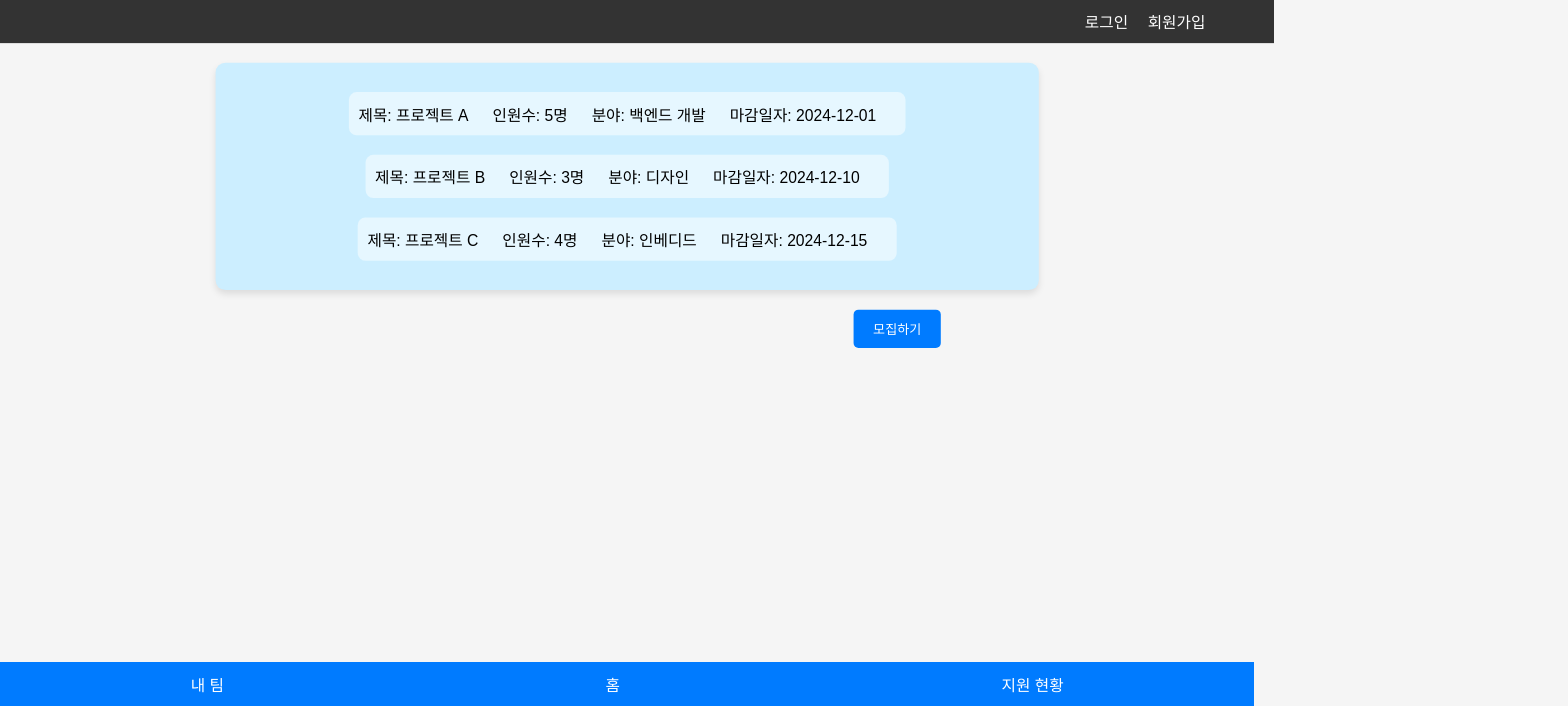
Repository: TUK-WEBSERIVCE/tuk-team-gem
Page: tuk-team-gem/src/main/webapp/main/mainPage.html
An editor plug-in stored every save of this project. The page is shown before and after the next save, followed by the edit.
The browser window is 1280 px wide. The page is 1600 px wide, so the pictures cover 1600 px, including what lies to the right of the window. The pictures show the whole page, at 98% of full size.

Above is the page before, as saved 2024-11-13 12:27:53.

After the next save:
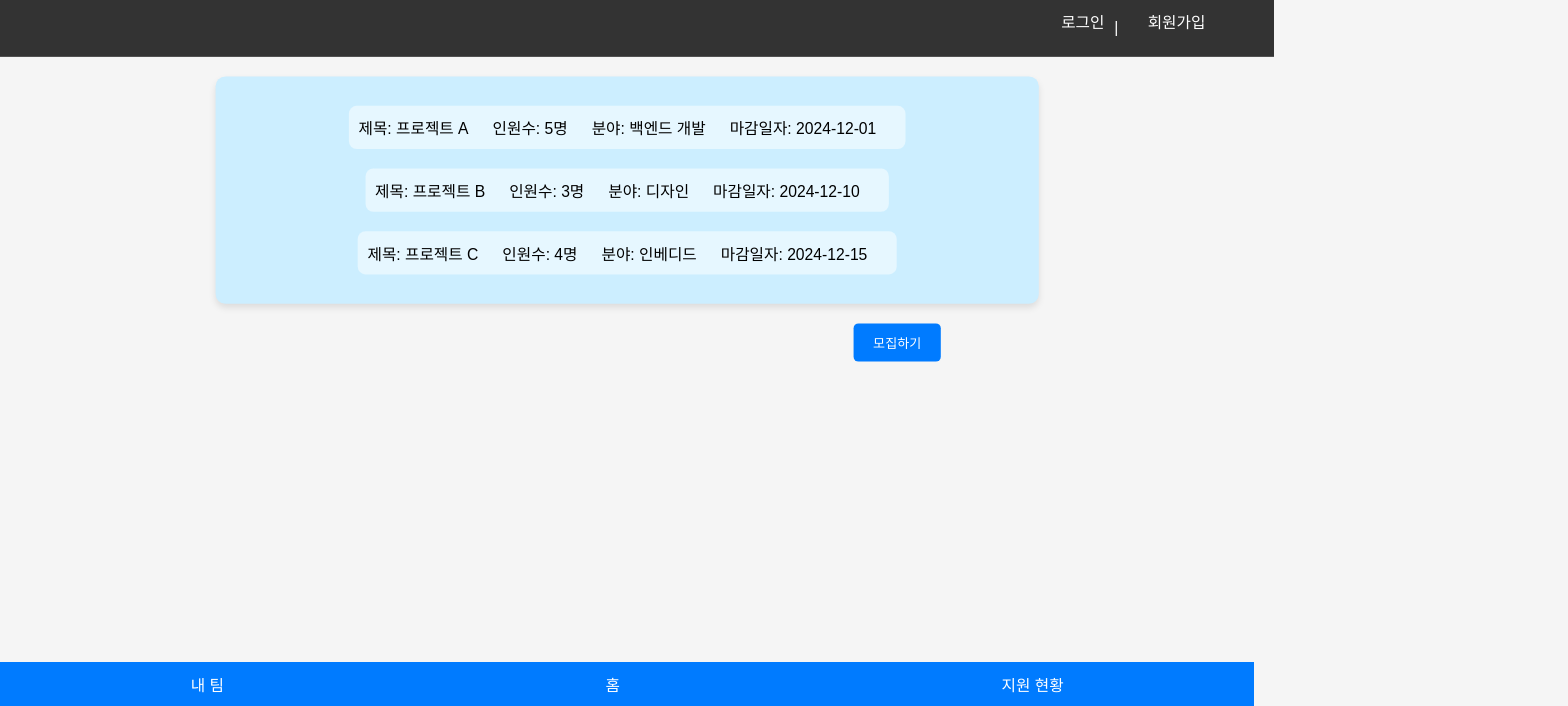
Saved 3 min 9 s later.
--- a/tuk-team-gem/src/main/webapp/main/mainPage.html
+++ b/tuk-team-gem/src/main/webapp/main/mainPage.html
@@ -89,12 +89,18 @@
             color: white;
             text-decoration: none;
         }
+
+        .divider {
+    		color: white;
+    		margin: 10px;
+		}
     </style>
 </head>
 <body>
     <!-- 우상단 로그인 및 회원가입 -->
     <header>
         <a href="#">로그인</a>
+        <span class="divider">|</span>
         <a href="#" style="margin-right: 50px;">회원가입</a>
     </header>
 

After the save that followed:
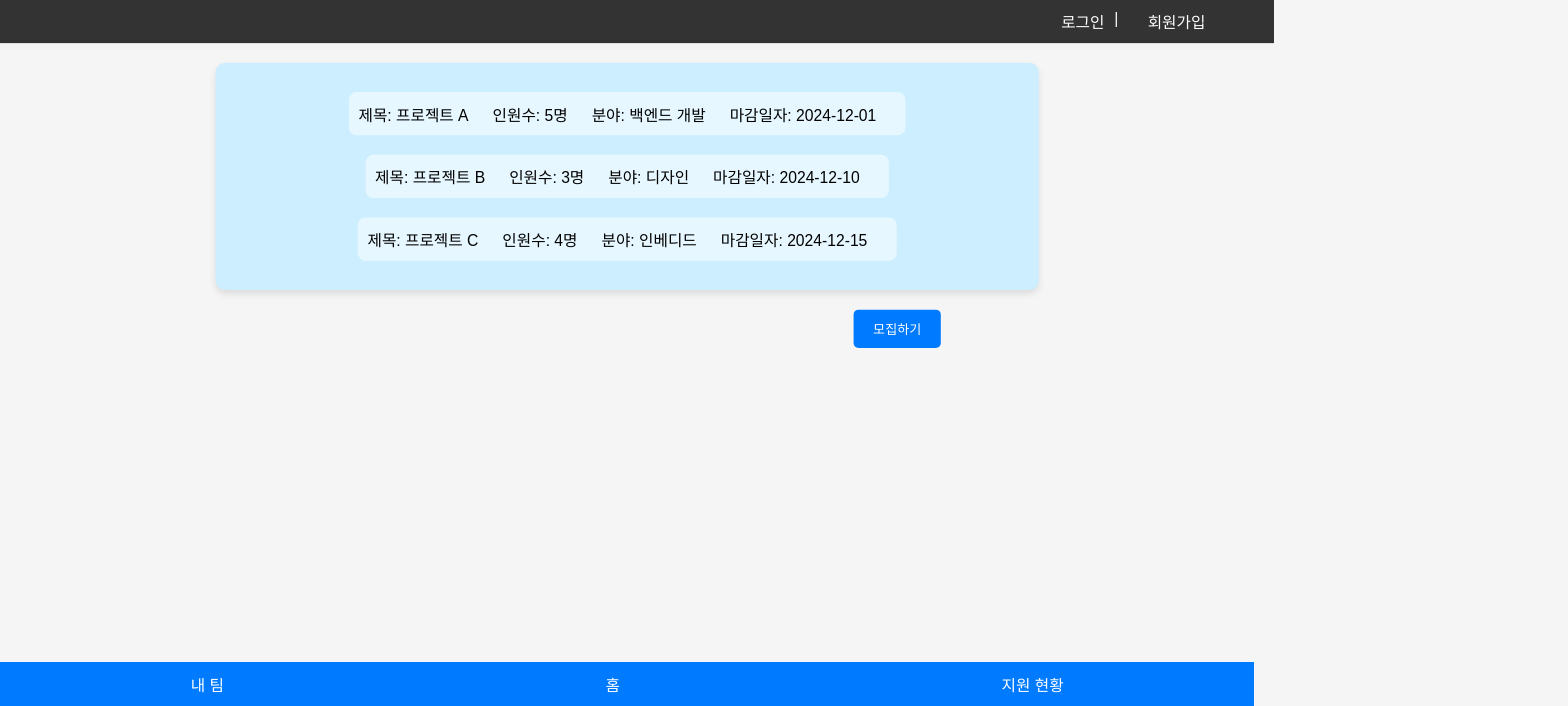
Saved 52 s later.
--- a/tuk-team-gem/src/main/webapp/main/mainPage.html
+++ b/tuk-team-gem/src/main/webapp/main/mainPage.html
@@ -92,7 +92,8 @@
 
         .divider {
     		color: white;
-    		margin: 10px;
+    		margin-left: 10px;
+    		margin-right: 10px;
 		}
     </style>
 </head>
